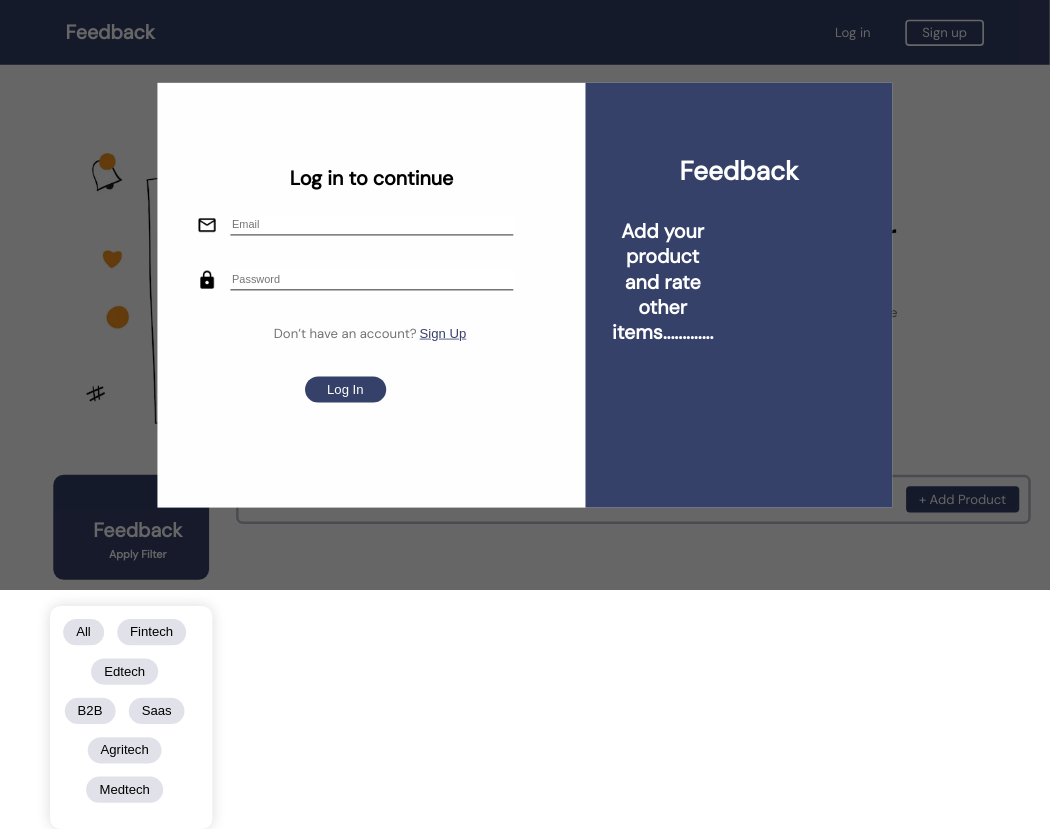
Repository: drumsmanku/final-evaluation-test
Page: / (app in client/), after clicking the first element matching `button.btn-main-page-register`
The author's editor kept a copy of each file at every save. The page is drawn from the files as they stood at one save, then again after the next save.
The browser window is 1280 px wide. The pictures show the whole page, at 82% of full size.
The page's requests for data from a server got no answer. The project was rebuilt for these pictures with package versions that can differ from the ones it lists, and the page was loaded fresh each time. No one was signed in, and anything a server would have sent is missing. Also part of the build but not shown: client/src/Components/LoginPopUp.js, client/src/Components/SignUp.js, client/src/Components/Login.js.

Above is the page before, as saved 2023-07-30 09:17:51.

### client/src/App.js
import './App.css';
import { BrowserRouter as Router, Route, Routes} from 'react-router-dom';
import MainPage from './Components/MainPage';
import SignUp from './Components/SignUp';
import Login from './Components/Login';
function App() {
  return (
    <div className="App">
      <Router>
        <Routes>
          <Route path='/' element={<MainPage/>}/>
          <Route path='/signup' element={<SignUp/>}/>
          <Route path='/login' element={<Login/>}/>
        </Routes>
      </Router>
    </div>
  );
}

export default App;

### client/src/Components/MainPage.js
import React, {useState, useEffect} from 'react';
import '../CSS/MainPage.css';
import profile from'../Assets/profilepic.webp';
import img1 from '../Assets/frontphoto.png';
import axios from 'axios';
import comments from '../Assets/comments.png';
import { useNavigate } from 'react-router-dom';
import LoginPopUp from './LoginPopUp';
import SignupPopUp from './SignupPopUp';

const buttonTitles=['All', 'Fintech', 'Edtech', 'B2B', 'Saas', 'Agritech', 'Medtech'];
const buttonStyles={
  padding:'0.2rem 1rem 0.2rem 1rem',
  backgroundColor:'#36416A26',
  fontSize:'medium',
  borderRadius:'1rem',
  border:'none',
  margin:'0 1rem 1rem 0',
  height:'2rem',
  textAlign:'center',
}
const productCardsStyles={
  padding:'1rem',
  backgroundColor:'#36416A26',
  width:'98%',
  marginBottom:'1rem',
  display: 'flex',
  borderRadius:'0.5rem'
}
const tagStyles={
  paddingRight:'1.3em',
  paddingLeft:'1.3em',
  backgroundColor:'#C0CEFF',
  fontSize:'small',
  borderRadius:'1rem',
  border:'none',
  height:'1.5rem',
  textAlign:'center',
  display:'flex',
  alignItems:'center',
  marginRight:'1rem',
}

function MainPage() {
  const navigate =useNavigate()
  const [categorySet, setCategorySet]=useState([]);
  const [user, setUser] = useState(localStorage.getItem('user'));
  const [isLoggedIn, setIsLoggedIn]=useState(false);
  const [products, setProdcts]=useState([]);
  const [showLoginModal, setShowLoginModal] = useState(false);
  const [showSignupModal, setShowSignupModal] = useState(false);
  useEffect(()=>{
    const User=localStorage.getItem('user');
    if(User){
      setIsLoggedIn(true);
    }

  }, []);
  const handleLogin = () => {
    setShowLoginModal(true);
  };
  const handleSignup = () => {
    setShowSignupModal(true);
  };
  const handleLogout=()=>{
    localStorage.removeItem('user');
    setIsLoggedIn(false);
    navigate('/login');
  }
  const handleCategoryClick=(event)=>{
    const currentCat=event.target.value;
    if(!categorySet.includes(currentCat)){
      setCategorySet([...categorySet, event.target.value]);
    }
    else{
      setCategorySet(categorySet.filter(cat=>cat!=currentCat))
    }

  }

  useEffect(()=>{
    const category=categorySet
    axios.get(`http://localhost:4000/get-prods?category=${category.join(',')}`)
    .then((res)=>{setProdcts(res.data.products);console.log(res.data.products)})
    .catch(err=>console.log(err))

  }, [categorySet])

  return (
    <div className='main-container'>
      <div className="main-top-container">
        <div className='navbar' >
          <div style={{display:'flex',width:'100%', justifyContent:' space-between', alignItems:'center',}}>
          <h3 style={{marginLeft:'5rem', color:'white', fontSize:'1.5rem'}}>Feedback</h3>
          <div style={{display:'flex', marginRight:'5rem'}}>
              {isLoggedIn ? (
                <>
                  <button style={{background:'none', fontSize:'large', border:'none', fontFamily:'DM Sans', color:'white'}} onClick={handleLogout}>Logout</button>
                  <span style={{color:'white', fontFamily:'DM Sans', fontSize:'large', display:'flex', alignItems:'center', marginLeft:'1rem'}}>Hello! {user}</span>
                  <img src={profile} alt="" height={50} width={50} style={{borderRadius:'100%', marginLeft:'1rem'}} />
                </>
              ) : (
                <>
                   <button className="btn-main-page-login" type="submit" onClick={handleLogin}>
                    Log in
                  </button>
                  <button type='submit'  className='btn-main-page-register' onClick={handleSignup} >Sign up</button>
                </>
              )}



            </div>
          </div>
        </div>
        <div className="title-desc">
          <img src={img1} alt="" height={500} style={{marginLeft:'3rem'}}/>
          <div style={{display:'flex', flexDirection:'column', marginLeft:'2rem'}}>
              <h1 style={{maxWidth:'80%'}}> Add your products and give your valuable feedback</h1>
              <span style={{maxWidth:'75%', color:'#6A6A6A'}}>Easily give your feedback in a matter of minutes. Access your audience on all platforms. Observe result manually in real time</span>
          </div>
        </div>
      </div>
      <div className="main-bottom-container">
        <div className="bottom-left">
          <article style={{backgroundColor:'#36416A', width:'74%', color:'white', paddingTop:'2rem', borderRadius:'0.8rem', marginBottom:'2rem'}}>
            <h2 style={{marginBottom:'0.4rem',marginLeft:'1rem'}}>Feedback</h2>
            <h5 style={{marginTop:0, marginLeft:'1rem'}}>Apply Filter</h5>
          </article>
          <article style={{width:'65%', borderRadius:'0.8rem', padding:'1em', boxShadow:'0 0 17px #00000026',}}>
             {buttonTitles.map((title, idx)=>(
              <button value={title} onClick={handleCategoryClick} style={{...buttonStyles}} key={idx}>{title}</button>
             ))}
          </article>
        </div>
        <div className="bottom-right">
          <div className='bottom-top-right'>
            <div style={{display:'flex', width:'30%', justifyContent:'space-between',marginLeft:'1rem'}}>
              <span style={{ fontWeight:'bold', }}>{products.length} Suggestions</span>
              <span>
                <label style={{fontSize:'small', color:'#8B8B8B'}} htmlFor="sort">Sort by</label>

              </span>
            </div>
            <button className='add-product-button'>+ Add Product</button>
          </div>
          {showLoginModal && <LoginPopUp closeModal={() => setShowLoginModal(false)} showLoginModal={showLoginModal} />}
          {showSignupModal && <SignupPopUp closeModal={() => setShowSignupModal(false)} showSignupModal={showSignupModal} />}


          <div className="product-cards">
            {
              products.map((product, key)=>(
                <div style={{...productCardsStyles}}>
                  <div className='logo' style={{width:'10%'}}>{product.logoURL}</div>
                  <div style={{display:'flex', justifyContent:'space-between', width:"90%"}}>
                    <div className="card-main-info">
                      <h2 style={{marginTop:0, marginBottom:'0.5rem', color:'#36416A'}}>{product.companyName}</h2>
                      <span style={{marginBottom:'1rem'}}>{product.description}</span>
                      <div style={{display:'flex', width:'40%', justifyContent:'space-between'}}>
                        <div style={{display:'flex'}}>
                          {product.category.map((catTitle, idx)=>(
                            <span style={{...tagStyles}}>{catTitle}</span>
                          ))}
                        </div>
                        <button className='comments-button'> <img style={{marginRight:'0.3rem'}} src={comments} alt="" height={25} />Comment</button>
                      </div>
                    </div>
                    <div className="upvotes">
                      yo
                    </div>
                  </div>
                </div>
              ))
            }
          </div>
        </div>
      </div>
    </div>
  )
}

export default MainPage

### client/src/CSS/MainPage.css
@import url('https://fonts.googleapis.com/css2?family=DM+Sans&display=swap');

body{
  font-family: 'DM Sans';
}
.main-container{
  height: 100vh;
  width: 100vw;
  display: flex;
  flex-direction: column;

}
.main-top-container{
  width: 100%;
}
.btn-main-page-login{
  height: 2rem;
  width: 6rem;
  font-weight: 500;
  font-size: medium ;
  background: none;
  border: none;
  border-radius: 0.3rem;
  margin-left: 1rem;
  margin-bottom:0;
  color: white;
  font-family: 'DM Sans';
  cursor: pointer;
}
.btn-main-page-register{
  height: 2rem;
  width: 6rem;
  font-size: medium;
  font-weight: 500;
  background-color: #36416A;
  border: 2px solid white;
  border-radius: 0.3rem;
  margin-left: 1rem;
  margin-bottom:0;
  color: white;
  font-family: 'DM Sans';
  cursor: pointer;
}
.navbar{
  width: 100%;
  background-color: #36416A;
}
.title-desc{
  width: 100%;
  display: flex;
  align-items: center;
  justify-content: space-around;

}
.bottom-left{
  width: 20%;
  display: flex;
  flex-direction: column;
  align-items: center;
  margin-left: 2rem;

}
.bottom-right{
  width: 75%;
}
.main-bottom-container{
  width:100%;
  display: flex;
}
.bottom-top-right{
  width: 98%;
  display: flex;
  justify-content: space-between;
  border: 3px solid #36416A59;
  padding: 0.7rem;
  border-radius: 0.5rem;

}
.add-product-button{
  height: 2rem;
  font-size: medium;
  font-weight: 500;
  background-color: #36416A;
  border:none;
  border-radius: 0.3rem;
  margin-left: 1rem;
  margin-bottom:0;
  color: white;
  font-family: 'DM Sans';
  cursor: pointer;
  padding-left: 1em;
  padding-right: 1em;
}
.product-cards{
  width: 100%;
  display: flex;
  padding-top: 2rem;
  flex-direction: column;
}
.card-main-info{
  width: 100%;
  display: flex;
  flex-direction: column;
}
.comments-button{
  color: #ABABAB;
  border: none;
  outline: none;
  background: none;
  font-size: small;
  letter-spacing: 0.1rem;
  display:flex;
  align-items: center;
  cursor: pointer;
}
.upvotes{
  width: 10%;
  background-color: brown;
  display: flex;
  flex-direction: column;
  align-items: center;
}

### client/src/Components/SignupPopUp.js
import React, {useState, useEffect} from 'react';
import { useNavigate } from 'react-router-dom';
import axios from 'axios';
import name from '../Assets/name.png'
import mobile from '../Assets/mobile.png'
import email from '../Assets/email.png'
import password from '../Assets/password.png'

function SignupPopUp({closeModal, showSignupModal}) {

  const navigate=useNavigate();
  const handleClickOutside = (event) => {
    event.stopPropagation();
    closeModal();
  };

  const handleClickInside = (event) => {
    event.stopPropagation();
  };
  const [user, setUser] = useState({
    name: '',
    email: '',
    mobile: '',
    password: ''
  });
  const handleChange = e => {
    setUser({
      ...user,
      [e.target.name]: e.target.value
    });
  };
  const signup = (event) => {
    event.preventDefault();
    axios.post('http://localhost:4000/signup', user)
      .then(res => {
        localStorage.setItem('token', res.data.jwtToken);
        localStorage.setItem('user', res.data.name);
        const tokenData=localStorage.getItem('token')
        if(tokenData!=='undefined') {
          navigate('/')
        }

      })
      .catch(err => console.log(err));
  };

  return (
    <div className="login-popup-container">
      <header className="login-popup-header">

        {showSignupModal && (
          <div className="modal-login" style={{ display: 'flex', justifyContent: 'center', alignItems: 'center', height: '100vh' }} onClick={handleClickOutside}>
            <div className="modal-login-content" onClick={handleClickInside}>

              <div className="modal-login-body">

              <form className='modal-login-body-left'>
              <h2>Log in to continue</h2>

                <div style={{display:'flex', width:'100%', marginBottom:'2rem'}}>
                  <img src={email} height={25} alt="" />
                  <input type="email" name="email" value={user.email} onChange={handleChange} placeholder="Email"/>
                </div>



                <div style={{display:'flex', width:'100%', marginBottom:'2rem'}}>
                  <img src={password} height={25} alt="" />
                  <input type="password" name="password" value={user.password} onChange={handleChange} placeholder="Password" />
                </div>

                <span style={{color:'#737373'}}>Don’t have an account?<button style={{background:'none', color:'#36416A', fontSize:'medium', marginLeft:0, padding:0, width:'4rem', cursor:'pointer', border:'none', textDecoration:'underline'}} onClick={()=>{navigate('/signup')}}>Sign Up</button></span>

                <div style={{width:'85%'}}>
                  <button className='signup-button' type="submit" style={{ cursor:'pointer'}} onClick={signup}>Log In</button>
                </div>

              </form>
                <div className="modal-login-body-right">
                  <h1 style={{fontSize:'xx-large'}}>Feedback</h1>
                  <h1 style={{fontSize:'x-large', width:'40%'}}>Add your product and rate other items.............</h1>
                </div>
              </div>
            </div>
          </div>
        )}
      </header>
    </div>
  )
}

export default SignupPopUp

### client/src/CSS/SignUp.css

.signup-container{
  width: 100vw;
  height: 100vh;
  display: flex;
  flex-direction: column;
  justify-content: center;
  align-items: center;
  background-color: #36416A;
}
.headings{
  color: white;
  margin-bottom: 2rem;
}
.signup-container form{
  width: 50%;
  display: flex;
  flex-direction: column;
  background-color: white;
  padding: 3rem;
  padding-bottom: 1rem;
  box-shadow: 0 0 17px #00000040;
  border-radius: 1.5rem;
}
.signup-container input[type='text'], [type='password'], [type='email']{
  border-bottom: 1px solid black;
  width: 80%;
  margin-left: 1rem;
  border-top: none;
  border-left: none;
  border-right: none;
}
.signup-container input:focus{
  outline: none;
}
.signup-button{
  padding-left: 1.7rem;
  padding-right: 1.7rem;
  color: white;
  height: 2rem;
  font-size: medium;
  border-radius: 1rem;
  border: none;
  background-color: #36416A;
  margin-top: 2rem;
}

### client/src/CSS/Login.css

.login-container{
  width: 100vw;
  height: 100vh;
  display: flex;
  flex-direction: column;
  justify-content: center;
  align-items: center;
  background-color: #36416A;
}
.login-headings{
  color: white;
  margin-bottom: 2rem;
}
.login-container form{
  width: 50%;
  display: flex;
  flex-direction: column;
  background-color: white;
  padding: 3rem;
  padding-bottom: 1rem;
  box-shadow: 0 0 17px #00000040;
  border-radius: 1.5rem;
}
.login-container input[type='text'], [type='password'], [type='email']{
  border-bottom: 1px solid black;
  width: 80%;
  margin-left: 1rem;
  border-top: none;
  border-left: none;
  border-right: none;
}
.login-container input:focus{
  outline: none;
}
.login-button{
  padding-left: 1.7rem;
  padding-right: 1.7rem;
  color: white;
  height: 2rem;
  font-size: medium;
  border-radius: 1rem;
  border: none;
  background-color: #36416A;
  margin-top: 2rem;
}

### client/src/CSS/LoginPopUp.css
.modal-login {
  position: fixed;
  z-index: 1;
  left: 0;
  top: 0;
  width: 100%;
  height: 100%;
  background-color: rbga(0,0,0,0.4);
  background-color: rgb(0,0,0);
  background-color: rgba(0,0,0,0.6);
}

.modal-login-content {
  background-color: #fefefe;
  margin: 15% auto;
  width: 70%;
}


.modal-login-body{
  display: flex;
}
.modal-login-body-left {
  display: flex;
  width: 55%;
  padding: 5rem 3rem 8rem 3rem;
  flex-direction: column;
  gap: 10px;
}
.modal-login-body-right{
  display: flex;
  flex-direction: column;
  width: 40%;
  color: white;
  padding: 4rem 2rem;
  background-color: #36416A;
}

.modal-login-body-left form{
  width: 50%;
  display: flex;
  flex-direction: column;
  background-color: white;


  box-shadow: 0 0 17px #00000040;
  border-radius: 1.5rem;
}
.modal-login-body-left input[type='text'], [type='password'], [type='email']{
  border-bottom: 1px solid black;
  width: 80%;
  margin-left: 1rem;
  border-top: none;
  border-left: none;
  border-right: none;
}
.close {
  color: #aaa;
  float: right;
  font-size: 28px;
  font-weight: bold;
}

.close:hover,
.close:focus {
  color: black;
  text-decoration: none;
  cursor: pointer;
}

Loaded but not shown: client/public/index.html (common file); client/src/index.js (common file); client/src/index.css (common file); client/src/App.css (common file)

After the next save:
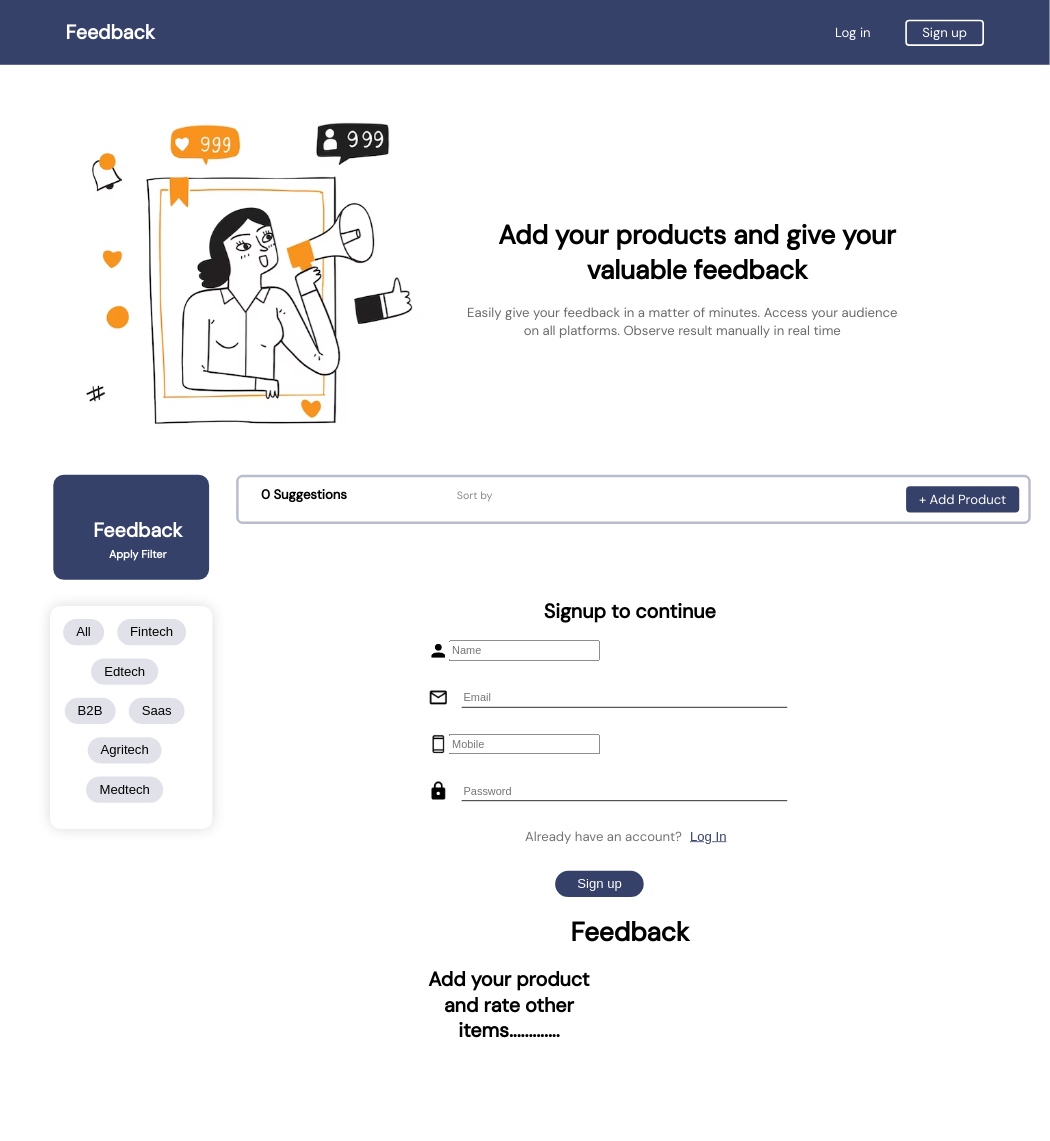
Saved 12 s later.
--- a/client/src/Components/SignupPopUp.js
+++ b/client/src/Components/SignupPopUp.js
@@ -45,38 +45,44 @@ function SignupPopUp({closeModal, showSignupModal}) {
   };
 
   return (
-    <div className="login-popup-container">
-      <header className="login-popup-header">
+    <div className="signup-popup-container">
+      <header className="signup-popup-header">
 
         {showSignupModal && (
-          <div className="modal-login" style={{ display: 'flex', justifyContent: 'center', alignItems: 'center', height: '100vh' }} onClick={handleClickOutside}>
-            <div className="modal-login-content" onClick={handleClickInside}>
+          <div className="modal-signup" style={{ display: 'flex', justifyContent: 'center', alignItems: 'center', height: '100vh' }} onClick={handleClickOutside}>
+            <div className="modal-content" onClick={handleClickInside}>
 
-              <div className="modal-login-body">
-
-              <form className='modal-login-body-left'>
-              <h2>Log in to continue</h2>
+              <div className="modal-body">
+              <form className='modal-body-left'>
+              <h2>Signup to continue</h2>
+                <div style={{display:'flex', width:'100%', marginBottom:'2rem'}}>
+                  <img src={name} height={25} alt="" />
+                  <input type="text" name="name" value={user.name} onChange={handleChange} placeholder="Name"/>
+                </div>
 
                 <div style={{display:'flex', width:'100%', marginBottom:'2rem'}}>
                   <img src={email} height={25} alt="" />
                   <input type="email" name="email" value={user.email} onChange={handleChange} placeholder="Email"/>
                 </div>
 
-
+                <div style={{display:'flex', width:'100%', marginBottom:'2rem'}}>
+                  <img src={mobile} height={25} alt="" />
+                  <input type="text" name="mobile" value={user.mobile} onChange={handleChange} placeholder="Mobile" />
+                </div>
 
                 <div style={{display:'flex', width:'100%', marginBottom:'2rem'}}>
                   <img src={password} height={25} alt="" />
                   <input type="password" name="password" value={user.password} onChange={handleChange} placeholder="Password" />
                 </div>
 
-                <span style={{color:'#737373'}}>Don’t have an account?<button style={{background:'none', color:'#36416A', fontSize:'medium', marginLeft:0, padding:0, width:'4rem', cursor:'pointer', border:'none', textDecoration:'underline'}} onClick={()=>{navigate('/signup')}}>Sign Up</button></span>
+                <span style={{color:'#737373'}}>Already have an account?<button style={{background:'none', color:'#36416A', fontSize:'medium', marginLeft:0, padding:0, width:'4rem', cursor:'pointer', border:'none', textDecoration:'underline'}} onClick={()=>{navigate('/login')}}>Log In</button></span>
 
-                <div style={{width:'85%'}}>
-                  <button className='signup-button' type="submit" style={{ cursor:'pointer'}} onClick={signup}>Log In</button>
+                <div style={{width:'85%', }}>
+                  <button className='signup-button' type="submit" style={{ cursor:'pointer'}} onClick={signup}>Sign up</button>
                 </div>
 
               </form>
-                <div className="modal-login-body-right">
+                <div className="modal-body-right">
                   <h1 style={{fontSize:'xx-large'}}>Feedback</h1>
                   <h1 style={{fontSize:'x-large', width:'40%'}}>Add your product and rate other items.............</h1>
                 </div>
